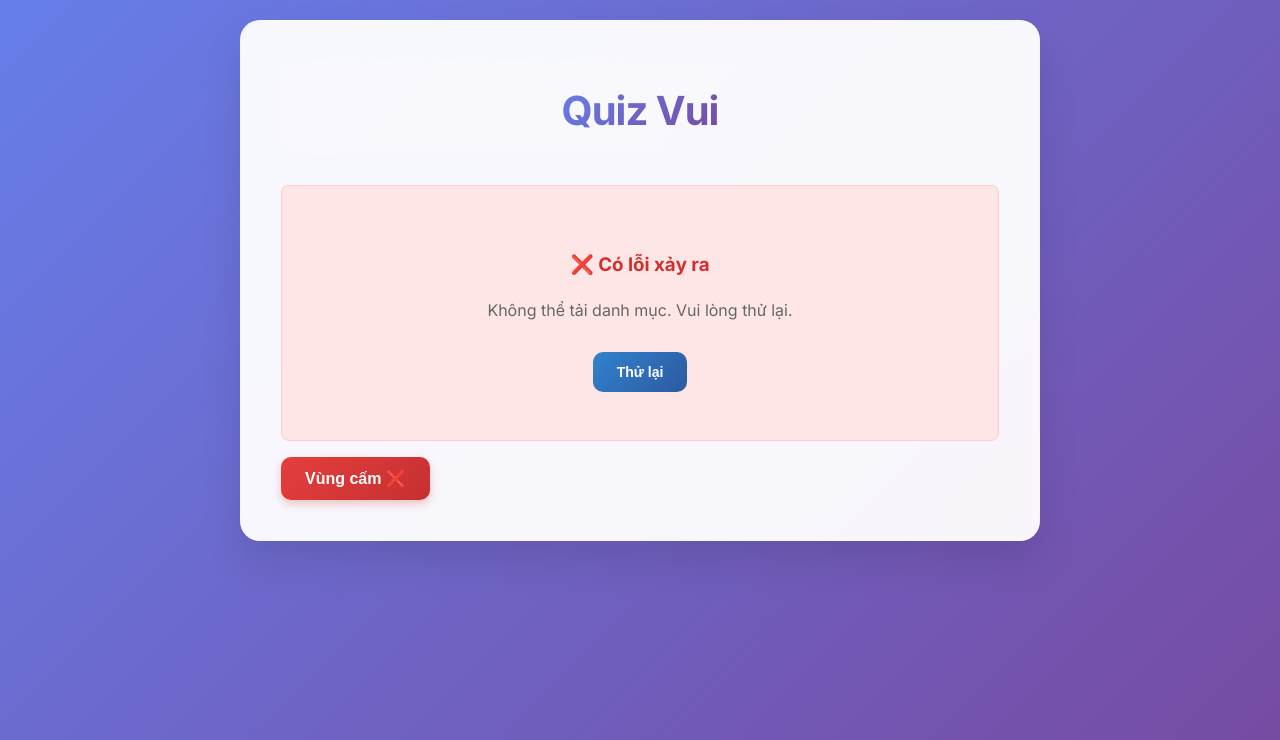
Repository: HuynhPPP/Quiz_App
Page: / (app in frontend/)
The author's editor kept a copy of each file at every save. The page is drawn from the files as they stood at one save, then again after the next save.
The browser window is 1280 px wide. The pictures show the whole page.
The page's requests for data from a server got no answer. The project was rebuilt for these pictures with package versions that can differ from the ones it lists, and the page was loaded fresh each time. No one was signed in, and anything a server would have sent is missing. Also part of the build but not shown: frontend/vite.config.js, frontend/src/components/Resutl.jsx, frontend/src/components/Review.jsx, frontend/src/components/PlayerNameSetup.jsx, frontend/src/components/Leaderboard.jsx, frontend/src/services/adminAPI.js, frontend/src/styles/admin.css, frontend/src/components/admin/QuestionManagement.jsx and 3 more.

Above is the page before, as saved 2025-09-28 13:46:06.

### frontend/index.html
<!doctype html>
<html lang="en">
  <head>
    <meta charset="UTF-8" />
    <link rel="icon" type="image/svg+xml" href="/vite.svg" />
    <meta name="viewport" content="width=device-width, initial-scale=1.0" />
    <link rel="preconnect" href="https://fonts.googleapis.com">
    <link rel="preconnect" href="https://fonts.gstatic.com" crossorigin>
    <link href="https://fonts.googleapis.com/css2?family=Inter:wght@300;400;500;600;700;800&display=swap" rel="stylesheet">
    <title>Quiz Vui</title>
  </head>
  <body>
    <div id="root"></div>
    <script type="module" src="/src/main.jsx"></script>
  </body>
</html>

### frontend/src/index.css
/* Import styles */
@import './styles/api-integration.css';
@import './styles/admin.css';
@import './styles/responsive.css';

/* Global reset and styling */
body {
  margin: 0;
  padding: 0;
  font-family: "Inter", "Segoe UI", Tahoma, Geneva, Verdana, sans-serif;
  background: linear-gradient(135deg, #667eea 0%, #764ba2 100%);
  color: #333;
  min-height: 100vh;
}

/* Container styling for the app */
.container {
  max-width: 800px;
  margin: 20px auto;
  background: rgba(255, 255, 255, 0.95);
  padding: 40px;
  border-radius: 20px;
  box-shadow: 0 20px 40px rgba(0, 0, 0, 0.1);
  backdrop-filter: blur(10px);
  border: 1px solid rgba(255, 255, 255, 0.2);
  overflow: hidden;
  word-wrap: break-word;
  box-sizing: border-box;
}

.app-header {
  display: flex;
  justify-content: space-between;
  align-items: center;
  margin-bottom: 2rem;
  padding-bottom: 1rem;
  border-bottom: 2px solid rgba(255, 255, 255, 0.3);
}

.app-header h1 {
  margin: 0;
  color: #2c3e50;
  font-size: 2.5rem;
  text-align: center;
  flex: 1;
}

.admin-toggle-btn {
  background-color: #e74c3c;
  color: white;
  border: none;
  padding: 0.75rem 1.5rem;
  border-radius: 10px;
  cursor: pointer;
  font-size: 1rem;
  transition: all 0.3s ease;
  box-shadow: 0 4px 8px rgba(231, 76, 60, 0.3);
}

.admin-toggle-btn:hover {
  background-color: #c0392b;
  transform: translateY(-2px);
  box-shadow: 0 6px 12px rgba(231, 76, 60, 0.4);
}

/* Header styling */
h1,
h2 {
  text-align: center;
  margin-bottom: 30px;
  background: linear-gradient(135deg, #667eea, #764ba2);
  -webkit-background-clip: text;
  -webkit-text-fill-color: transparent;
  background-clip: text;
  font-weight: 700;
}

h1 {
  font-size: 2.5em;
  margin-bottom: 10px;
}

h2 {
  font-size: 2em;
}

/* Styling the question text */
.question {
  font-size: 1.4em;
  margin-bottom: 30px;
  font-weight: 600;
  color: #2d3748;
  line-height: 1.6;
  text-align: center;
  padding: 20px;
  background: linear-gradient(135deg, #f7fafc, #edf2f7);
  border-radius: 15px;
  border-left: 5px solid #667eea;
}

/* Option button styling */
.option {
  display: block;
  width: 100%;
  padding: 20px 25px;
  margin: 15px 0;
  border: 3px solid transparent;
  border-radius: 15px;
  background: linear-gradient(135deg, #ffffff, #f8f9fa);
  cursor: pointer;
  text-align: left;
  transition: all 0.3s cubic-bezier(0.4, 0, 0.2, 1);
  font-size: 1.1em;
  font-weight: 500;
  color: #2d3748;
  box-shadow: 0 4px 15px rgba(0, 0, 0, 0.05);
  position: relative;
  overflow: hidden;
}

.option::before {
  content: '';
  position: absolute;
  top: 0;
  left: -100%;
  width: 100%;
  height: 100%;
  background: linear-gradient(90deg, transparent, rgba(255, 255, 255, 0.4), transparent);
  transition: left 0.5s;
}

.option:hover::before {
  left: 100%;
}

.option:hover {
  transform: translateY(-3px);
  box-shadow: 0 8px 25px rgba(102, 126, 234, 0.15);
  border-color: #667eea;
  background: linear-gradient(135deg, #f8f9ff, #ffffff);
}

.option.selected {
  background: linear-gradient(135deg, #667eea, #764ba2);
  border-color: #667eea;
  color: white;
  transform: translateY(-2px);
  box-shadow: 0 8px 25px rgba(102, 126, 234, 0.3);
}

.option.selected::before {
  background: linear-gradient(90deg, transparent, rgba(255, 255, 255, 0.2), transparent);
}

/* Navigation button styles */
.nav-buttons {
  display: flex;
  justify-content: space-between;
  margin-top: 40px;
  gap: 20px;
}

.nav-buttons button {
  padding: 15px 30px;
  border: none;
  background: linear-gradient(135deg, #667eea, #764ba2);
  color: white;
  border-radius: 12px;
  cursor: pointer;
  font-size: 1.1em;
  font-weight: 600;
  transition: all 0.3s cubic-bezier(0.4, 0, 0.2, 1);
  box-shadow: 0 4px 15px rgba(102, 126, 234, 0.3);
  position: relative;
  overflow: hidden;
}

.nav-buttons button::before {
  content: '';
  position: absolute;
  top: 0;
  left: -100%;
  width: 100%;
  height: 100%;
  background: linear-gradient(90deg, transparent, rgba(255, 255, 255, 0.2), transparent);
  transition: left 0.5s;
}

.nav-buttons button:hover::before {
  left: 100%;
}

.nav-buttons button:hover {
  transform: translateY(-2px);
  box-shadow: 0 8px 25px rgba(102, 126, 234, 0.4);
}

.nav-buttons button:disabled {
  background: linear-gradient(135deg, #a0aec0, #cbd5e0);
  cursor: not-allowed;
  transform: none;
  box-shadow: 0 2px 8px rgba(0, 0, 0, 0.1);
}

.nav-buttons button:disabled::before {
  display: none;
}

.result-button {
  display: block;
  padding: 10px 20px;
  border: none;
  background: oklch(55.4% 0.046 257.417);
  color: white;
  border-radius: 6px;
  cursor: pointer;
  font-size: 1em;
  transition: background 0.3s;
}

.result-button:hover {
  background: #1e88e5;
}

/* Score display styling */
.score {
  font-size: 1.4em;
  text-align: center;
  margin: 20px 0;
}

.correct-answer {
  color: #10b981;
  font-weight: 600;
  font-size: 1.1em;
  text-align: center;
  padding: 15px;
  background: linear-gradient(135deg, #d1fae5, #a7f3d0);
  border-radius: 10px;
  border-left: 5px solid #10b981;
  margin: 20px 0;
  animation: slideIn 0.3s ease-out;
}

.incorrect-answer {
  color: #ef4444;
  font-weight: 600;
  font-size: 1.1em;
  text-align: center;
  padding: 15px;
  background: linear-gradient(135deg, #fee2e2, #fecaca);
  border-radius: 10px;
  border-left: 5px solid #ef4444;
  margin: 20px 0;
  animation: slideIn 0.3s ease-out;
}

@keyframes slideIn {
  from {
    opacity: 0;
    transform: translateY(-10px);
  }
  to {
    opacity: 1;
    transform: translateY(0);
  }
}

p.result {
  text-align: center;
  margin: 40px;
}

.resultButtonsContainer {
  display: flex;
  justify-content: center;
  gap: 20px;
}

/* Review component styles */
.review-question {
  margin-bottom: 30px;
  padding: 25px;
  background: linear-gradient(135deg, rgba(102, 126, 234, 0.05), rgba(118, 75, 162, 0.05));
  border-radius: 15px;
  border: 1px solid rgba(102, 126, 234, 0.1);
  overflow: hidden;
  word-wrap: break-word;
}

.review-question h3 {
  margin-bottom: 15px;
  font-size: 1.3em;
  background: linear-gradient(135deg, #667eea, #764ba2);
  -webkit-background-clip: text;
  -webkit-text-fill-color: transparent;
  background-clip: text;
}

.review-options {
  margin: 20px 0;
}

.review-options .option {
  position: relative;
  cursor: default;
  padding: 15px 20px;
  margin: 10px 0;
  border: 2px solid transparent;
  border-radius: 12px;
  font-size: 1em;
  font-weight: 500;
  transition: all 0.3s ease;
  word-wrap: break-word;
  overflow-wrap: break-word;
}

.review-options .option:hover {
  transform: none;
  box-shadow: none;
}

.review-options .correct-user-answer {
  background: linear-gradient(135deg, #d4edda, #c3e6cb);
  border-color: #28a745;
  color: #155724;
  box-shadow: 0 2px 8px rgba(40, 167, 69, 0.2);
  font-weight: 600;
}

.review-options .incorrect-user-answer {
  background: linear-gradient(135deg, #f8d7da, #f5c6cb);
  border-color: #dc3545;
  color: #721c24;
  box-shadow: 0 2px 8px rgba(220, 53, 69, 0.2);
  font-weight: 600;
}

.review-options .correct-answer {
  background: linear-gradient(135deg, #d1ecf1, #bee5eb);
  border-color: #17a2b8;
  color: #0c5460;
  box-shadow: 0 2px 8px rgba(23, 162, 184, 0.2);
  font-weight: 600;
}

.answer-label {
  font-weight: bold;
  font-size: 0.85em;
  margin-left: 8px;
  padding: 2px 6px;
  border-radius: 4px;
  background: rgba(255, 255, 255, 0.3);
}

.review-buttons {
  display: flex;
  justify-content: center;
  gap: 20px;
  margin-top: 40px;
  flex-wrap: wrap;
}

.review-buttons .result-button {
  padding: 15px 30px;
  border: none;
  border-radius: 12px;
  cursor: pointer;
  font-size: 1.1em;
  font-weight: 600;
  transition: all 0.3s cubic-bezier(0.4, 0, 0.2, 1);
  box-shadow: 0 4px 15px rgba(0, 0, 0, 0.1);
  position: relative;
  overflow: hidden;
}

.review-buttons .result-button:first-child {
  background: linear-gradient(135deg, #6c757d, #5a6268);
  color: white;
}

.review-buttons .result-button:last-child {
  background: linear-gradient(135deg, #667eea, #764ba2);
  color: white;
}

.review-buttons .result-button:hover {
  transform: translateY(-2px);
  box-shadow: 0 8px 25px rgba(0, 0, 0, 0.2);
}

.review-buttons .result-button:first-child:hover {
  background: linear-gradient(135deg, #5a6268, #495057);
}

.review-buttons .result-button:last-child:hover {
  background: linear-gradient(135deg, #5a6fd8, #6a4190);
}

/* Quiz Selector styles */
.quiz-description {
  text-align: center;
  margin-bottom: 40px;
  color: #4a5568;
  font-size: 1.2em;
  font-weight: 500;
  line-height: 1.6;
}

/* Question Count Selector */
.question-count-selector {
  margin-bottom: 40px;
  padding: 30px;
  background: linear-gradient(135deg, rgba(102, 126, 234, 0.05), rgba(118, 75, 162, 0.05));
  border-radius: 20px;
  border: 1px solid rgba(102, 126, 234, 0.1);
}

.question-count-selector h3 {
  text-align: center;
  margin-bottom: 20px;
  font-size: 1.3em;
  background: linear-gradient(135deg, #667eea, #764ba2);
  -webkit-background-clip: text;
  -webkit-text-fill-color: transparent;
  background-clip: text;
  font-weight: 600;
}

.count-options {
  display: flex;
  justify-content: center;
  gap: 15px;
  flex-wrap: wrap;
}

.count-option {
  padding: 12px 20px;
  border: 3px solid transparent;
  border-radius: 12px;
  background: linear-gradient(135deg, #ffffff, #f8f9fa);
  cursor: pointer;
  font-size: 1em;
  font-weight: 600;
  transition: all 0.3s cubic-bezier(0.4, 0, 0.2, 1);
  color: #2d3748;
  box-shadow: 0 4px 15px rgba(0, 0, 0, 0.05);
  position: relative;
  overflow: hidden;
}

.count-option::before {
  content: '';
  position: absolute;
  top: 0;
  left: -100%;
  width: 100%;
  height: 100%;
  background: linear-gradient(90deg, transparent, rgba(102, 126, 234, 0.1), transparent);
  transition: left 0.5s;
}

.count-option:hover::before {
  left: 100%;
}

.count-option:hover {
  border-color: #667eea;
  background: linear-gradient(135deg, #f8f9ff, #ffffff);
  transform: translateY(-2px);
  box-shadow: 0 8px 25px rgba(102, 126, 234, 0.15);
}

.count-option.selected {
  background: linear-gradient(135deg, #667eea, #764ba2);
  border-color: #667eea;
  color: white;
  transform: translateY(-2px);
  box-shadow: 0 8px 25px rgba(102, 126, 234, 0.3);
}

.count-option.selected::before {
  background: linear-gradient(90deg, transparent, rgba(255, 255, 255, 0.2), transparent);
}

.quiz-categories {
  display: grid;
  grid-template-columns: repeat(auto-fit, minmax(300px, 1fr));
  gap: 20px;
  margin-top: 30px;
}

.category-button {
  padding: 25px 30px;
  border: 3px solid transparent;
  border-radius: 15px;
  background: linear-gradient(135deg, #ffffff, #f8f9fa);
  cursor: pointer;
  font-size: 1.1em;
  font-weight: 600;
  transition: all 0.3s cubic-bezier(0.4, 0, 0.2, 1);
  text-align: left;
  box-shadow: 0 4px 15px rgba(0, 0, 0, 0.05);
  position: relative;
  overflow: hidden;
}

.category-button::before {
  content: '';
  position: absolute;
  top: 0;
  left: -100%;
  width: 100%;
  height: 100%;
  background: linear-gradient(90deg, transparent, rgba(102, 126, 234, 0.1), transparent);
  transition: left 0.5s;
}

.category-button:hover::before {
  left: 100%;
}

.category-button:hover {
  border-color: #667eea;
  background: linear-gradient(135deg, #f8f9ff, #ffffff);
  transform: translateY(-5px);
  box-shadow: 0 15px 35px rgba(102, 126, 234, 0.2);
}

.category-button.all-questions {
  background: linear-gradient(135deg, #667eea 0%, #764ba2 100%);
  color: white;
  border-color: #667eea;
  font-weight: bold;
}

.category-button.all-questions:hover {
  background: linear-gradient(135deg, #5a6fd8 0%, #6a4190 100%);
  transform: translateY(-5px);
  box-shadow: 0 15px 35px rgba(102, 126, 234, 0.4);
}

.category-button.random {
  background: linear-gradient(135deg, #f093fb 0%, #f5576c 100%);
  color: white;
  border-color: #f093fb;
  font-weight: bold;
}

.category-button.random:hover {
  background: linear-gradient(135deg, #ee82f0 0%, #f3455a 100%);
  transform: translateY(-5px);
  box-shadow: 0 15px 35px rgba(240, 147, 251, 0.4);
}

/* Dark Theme Styles */
.dark-theme {
  background: #1a1a1a;
  color: #e0e0e0;
}

.dark-theme .container {
  background: #2d2d2d;
  color: #e0e0e0;
  box-shadow: 0 4px 12px rgba(0, 0, 0, 0.3);
}

.dark-theme .option {
  background: #3d3d3d;
  color: #e0e0e0;
  border-color: #555;
}

.dark-theme .option:hover {
  background: #4d4d4d;
}

.dark-theme .option.selected {
  background: #1e3a8a;
  border-color: #3b82f6;
  color: #e0e0e0;
}

.dark-theme .nav-buttons button {
  background: #3b82f6;
}

.dark-theme .nav-buttons button:hover {
  background: #2563eb;
}

.dark-theme .result-button {
  background: #3b82f6;
}

.dark-theme .result-button:hover {
  background: #2563eb;
}

/* Theme Toggle */
.theme-toggle {
  position: fixed;
  top: 20px;
  right: 20px;
  z-index: 1000;
}

.theme-toggle-btn {
  width: 50px;
  height: 50px;
  border-radius: 50%;
  border: 2px solid #e0e0e0;
  background: #fff;
  cursor: pointer;
  font-size: 20px;
  display: flex;
  align-items: center;
  justify-content: center;
  transition: all 0.3s;
  box-shadow: 0 2px 8px rgba(0, 0, 0, 0.1);
}

.theme-toggle-btn:hover {
  transform: scale(1.1);
  box-shadow: 0 4px 12px rgba(0, 0, 0, 0.2);
}

.dark-theme .theme-toggle-btn {
  background: #2d2d2d;
  border-color: #555;
  color: #e0e0e0;
}

/* Timer Styles */
.timer-container {
  display: flex;
  flex-direction: column;
  align-items: center;
  margin-bottom: 20px;
}

.timer-header {
  display: flex;
  align-items: center;
  gap: 10px;
  margin-bottom: 15px;
}

.game-mode-icon {
  font-size: 24px;
}

.game-mode-name {
  font-size: 18px;
  font-weight: bold;
}

.timer-display {
  position: relative;
}

.timer-circle {
  position: relative;
  width: 120px;
  height: 120px;
}

.timer-svg {
  width: 100%;
  height: 100%;
  transform: rotate(-90deg);
}

.timer-progress {
  transition: stroke-dashoffset 0.3s ease;
}

.timer-progress.active {
  animation: pulse 1s infinite;
}

@keyframes pulse {
  0%, 100% { opacity: 1; }
  50% { opacity: 0.7; }
}

.timer-text {
  position: absolute;
  top: 50%;
  left: 50%;
  transform: translate(-50%, -50%);
  text-align: center;
}

.time-number {
  display: block;
  font-size: 24px;
  font-weight: bold;
  color: #333;
}

.time-label {
  display: block;
  font-size: 12px;
  color: #666;
}

.dark-theme .time-number {
  color: #e0e0e0;
}

.dark-theme .time-label {
  color: #999;
}

/* Streak Display */
.streak-container {
  display: flex;
  flex-direction: column;
  align-items: center;
  padding: 15px;
  background: linear-gradient(135deg, #ff6b6b, #ffa500);
  border-radius: 15px;
  color: white;
  min-width: 200px;
}

.streak-main {
  display: flex;
  align-items: center;
  gap: 15px;
  margin-bottom: 10px;
}

.streak-fire {
  font-size: 32px;
  animation: flame 1s infinite alternate;
}

@keyframes flame {
  0% { transform: scale(1); }
  100% { transform: scale(1.1); }
}

.streak-info {
  text-align: center;
}

.streak-number {
  font-size: 28px;
  font-weight: bold;
  display: block;
}

.streak-message {
  font-size: 14px;
  opacity: 0.9;
}

.streak-stats {
  display: flex;
  gap: 20px;
  font-size: 12px;
}

.stat-item {
  display: flex;
  flex-direction: column;
  align-items: center;
}

.stat-label {
  opacity: 0.8;
}

.stat-value {
  font-weight: bold;
  font-size: 16px;
}

/* Quiz Header Layout */
.quiz-header {
  display: flex;
  justify-content: space-between;
  align-items: center;
  margin-bottom: 40px;
  gap: 20px;
  padding: 20px;
  background: linear-gradient(135deg, rgba(102, 126, 234, 0.1), rgba(118, 75, 162, 0.1));
  border-radius: 15px;
  border: 1px solid rgba(102, 126, 234, 0.2);
}

.quiz-content {
  flex: 1;
}

.quiz-header h2 {
  margin: 0;
  font-size: 1.8em;
  background: linear-gradient(135deg, #667eea, #764ba2);
  -webkit-background-clip: text;
  -webkit-text-fill-color: transparent;
  background-clip: text;
}

/* Game Modes Section */
.game-modes-section {
  margin-bottom: 30px;
}

.game-modes-section h3 {
  text-align: center;
  margin-bottom: 20px;
  color: #333;
}

.game-modes {
  display: grid;
  grid-template-columns: repeat(auto-fit, minmax(200px, 1fr));
  gap: 15px;
  margin-bottom: 20px;
}

.game-mode-card {
  display: flex;
  align-items: center;
  gap: 15px;
  padding: 15px;
  background: #f8f9fa;
  border-radius: 10px;
  border: 2px solid #e9ecef;
}

.mode-icon {
  font-size: 24px;
}

.mode-info h4 {
  margin: 0 0 5px 0;
  color: #333;
}

.mode-info p {
  margin: 0;
  font-size: 12px;
  color: #666;
}

.dark-theme .game-mode-card {
  background: #3d3d3d;
  border-color: #555;
}

.dark-theme .mode-info h4 {
  color: #e0e0e0;
}

.dark-theme .mode-info p {
  color: #999;
}

/* Quiz Categories Section */
.quiz-categories-section {
  margin-bottom: 30px;
}

.quiz-categories-section h3 {
  text-align: center;
  margin-bottom: 20px;
  color: #333;
}

.dark-theme .quiz-categories-section h3 {
  color: #e0e0e0;
}

/* Quick Start Section */
.quick-start-section {
  margin-bottom: 30px;
}

.quick-start-section h3 {
  text-align: center;
  margin-bottom: 20px;
  color: #333;
}

.quick-start-buttons {
  display: flex;
  justify-content: center;
  gap: 15px;
  flex-wrap: wrap;
}

.quick-start-btn {
  padding: 12px 20px;
  border: none;
  border-radius: 8px;
  cursor: pointer;
  font-size: 14px;
  font-weight: bold;
  transition: all 0.3s;
  color: white;
}

.quick-start-btn.time-attack {
  background: linear-gradient(135deg, #ff6b6b, #ee5a24);
}

.quick-start-btn.blitz {
  background: linear-gradient(135deg, #feca57, #ff9ff3);
}

.quick-start-btn.survival {
  background: linear-gradient(135deg, #2c2c54, #40407a);
}

.quick-start-btn:hover {
  transform: translateY(-2px);
  box-shadow: 0 4px 12px rgba(0, 0, 0, 0.2);
}

.dark-theme .quick-start-section h3 {
  color: #e0e0e0;
}

/* Back to Selector Button */
.back-to-selector-btn {
  padding: 12px 20px;
  background: linear-gradient(135deg, #6c757d, #5a6268);
  color: white;
  border: none;
  border-radius: 10px;
  cursor: pointer;
  font-size: 14px;
  font-weight: 600;
  transition: all 0.3s cubic-bezier(0.4, 0, 0.2, 1);
  display: flex;
  align-items: center;
  gap: 8px;
  box-shadow: 0 4px 15px rgba(108, 117, 125, 0.3);
  position: relative;
  overflow: hidden;
}

.back-to-selector-btn::before {
  content: '';
  position: absolute;
  top: 0;
  left: -100%;
  width: 100%;
  height: 100%;
  background: linear-gradient(90deg, transparent, rgba(255, 255, 255, 0.2), transparent);
  transition: left 0.5s;
}

.back-to-selector-btn:hover::before {
  left: 100%;
}

.back-to-selector-btn:hover {
  background: linear-gradient(135deg, #5a6268, #495057);
  transform: translateY(-2px);
  box-shadow: 0 8px 25px rgba(108, 117, 125, 0.4);
}

.dark-theme .back-to-selector-btn {
  background: linear-gradient(135deg, #495057, #343a40);
}

.dark-theme .back-to-selector-btn:hover {
  background: linear-gradient(135deg, #343a40, #212529);
}

### frontend/src/App.jsx
import { useState } from 'react';
import Quiz from "./components/Quiz";
import AdminDashboard from "./components/admin/AdminDashboard";

function App() {
  const [isAdminMode, setIsAdminMode] = useState(false);

  const toggleAdminMode = () => {
    setIsAdminMode(!isAdminMode);
  };

  if (isAdminMode) {
    return <AdminDashboard />;
  }

  return (
    <div className="container">
      <div className="app-header">
        <h1>Quiz Vui</h1>
      </div>
      <Quiz />
      <div>
        <button
          onClick={toggleAdminMode}
          className="admin-toggle-btn"
          title="Chuyển sang chế độ Admin"
        >
          Vùng cấm ❌
        </button>
      </div>
    </div>
  );
}

export default App;

Loaded but not shown: frontend/src/main.jsx (common file); frontend/src/services/quizAPI.js (137 lines, source omitted); frontend/src/styles/responsive.css (931 lines, source omitted); frontend/src/styles/api-integration.css (849 lines, source omitted); frontend/src/components/Quiz.jsx (233 lines, source omitted); frontend/src/components/QuizSelector.jsx (213 lines, source omitted)

After the next save:
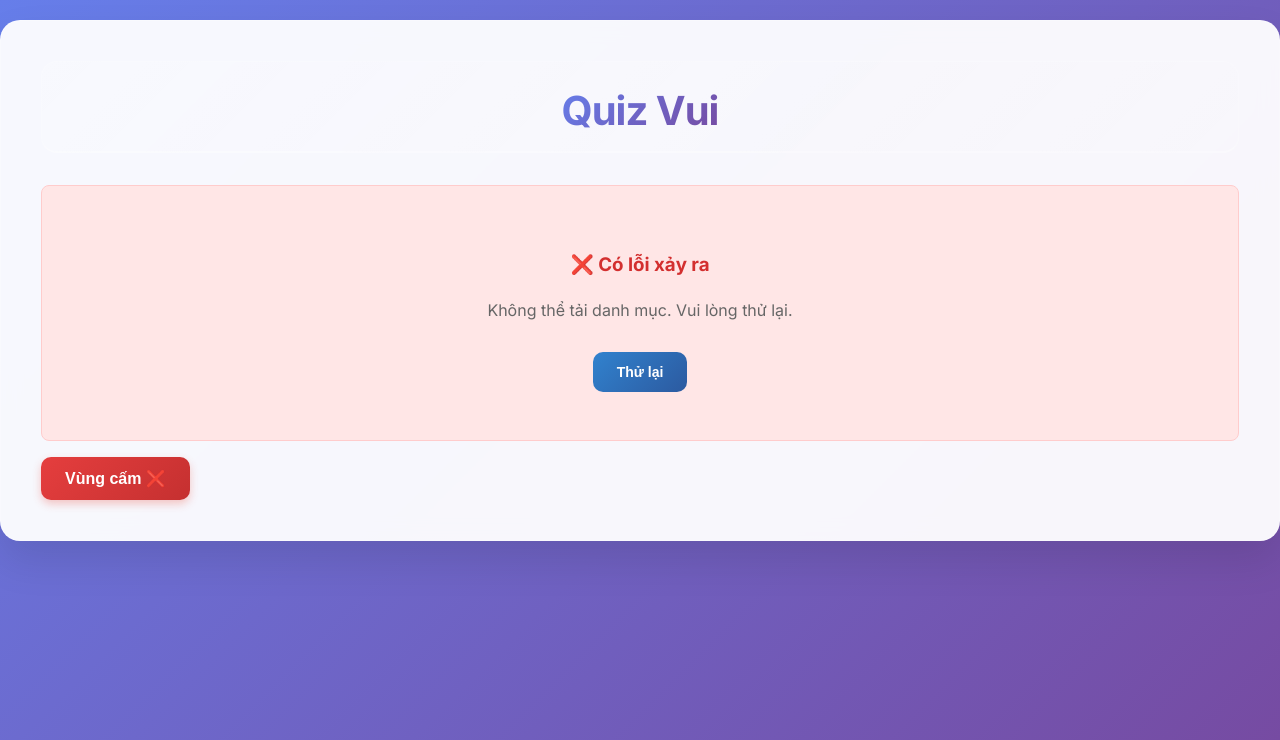
Saved 44 s later.
--- a/frontend/src/index.css
+++ b/frontend/src/index.css
@@ -15,7 +15,7 @@ body {
 
 /* Container styling for the app */
 .container {
-  max-width: 800px;
+  max-width: 1400px;
   margin: 20px auto;
   background: rgba(255, 255, 255, 0.95);
   padding: 40px;
